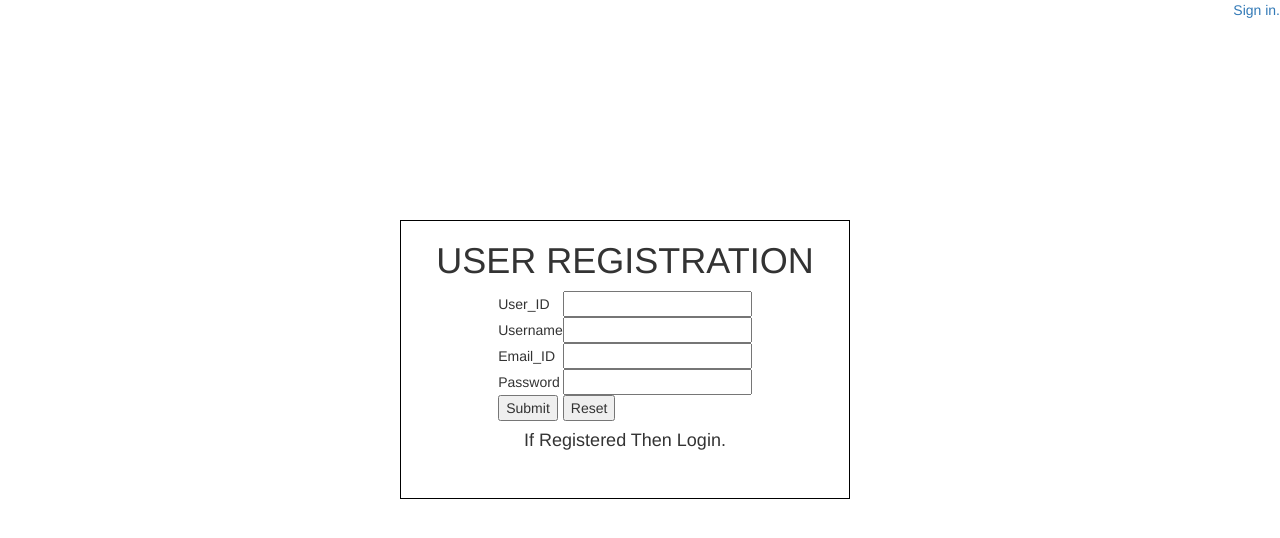
Repository: sunil965/JDBC-Servlet-JSP
Page: http://localhost/JspRegistrationTask/
The author's editor kept a copy of each file at every save. The page is drawn from the files as they stood at one save, then again after the next save.
The browser window is 1280 px wide. The pictures show the whole page.
The page is served by Tomcat 9. Other server files are loaded and not shown.

Above is the page before, as saved 2017-05-03 11:15:19.

### JspRegistrationTask/WebContent/index.jsp
<%@ page language="java" contentType="text/html; charset=UTF-8"
    pageEncoding="UTF-8"%>
<!DOCTYPE html PUBLIC "-//W3C//DTD HTML 4.01 Transitional//EN" "http://www.w3.org/TR/html4/loose.dtd">
<html>
<head>
<meta http-equiv="Content-Type" content="text/html; charset=UTF-8">
<title>Index</title>
<link rel="stylesheet" href="https://maxcdn.bootstrapcdn.com/bootstrap/3.3.7/css/bootstrap.min.css" >
<script>
function validateform(){
var name=document.myform.name.value;
var uid = document.myform.uid.value;
var password=document.myform.password.value;

if (name==null || name==""){
  alert("Name can't be blank");
  return false;
}else if(password==null||password==""||password.length<6){
  alert("Password must be at least 6 characters long.");
  return false;
  }
}
</script>
<style type="text/css">

.div{
border: 1px solid black;
width: 450px;
height: 500px;
align:center;
margin-left: 400px;
margin-top: 200px;

}

</style>
</head>
<body>
<div align="right">
<a href="userlogin.jsp">Sign in.</a>
</div>
<div class="div" style="height: 279px; ">
<center>
<h1>USER REGISTRATION</h1>

	<form name="myform" action="userreg" method="post">
	<table align="center">
	<tr>
	<td>User_ID</td>
	<td><input type="text" name="uid"></td>
	</tr>
	<tr>
	<td>Username</td>
	<td><input type="text" name="user"></td>
	</tr>
	<tr>
	<td>Email_ID</td>
	<td><input type="text" name="mail"></td>
	</tr>
	<tr>
	<td>Password</td>
	<td><input type="password" name="pwd"></td>
	</tr>
	<tr>
	<td><input type="submit" ></td><!-- class="btn btn-sm btn-success" -->
	<td><input type="reset"></td>
	</tr>
	</table>

	</form>
	<h4>If Registered Then Login.</h4>
	</center>
</div>
</html>

After the next save:
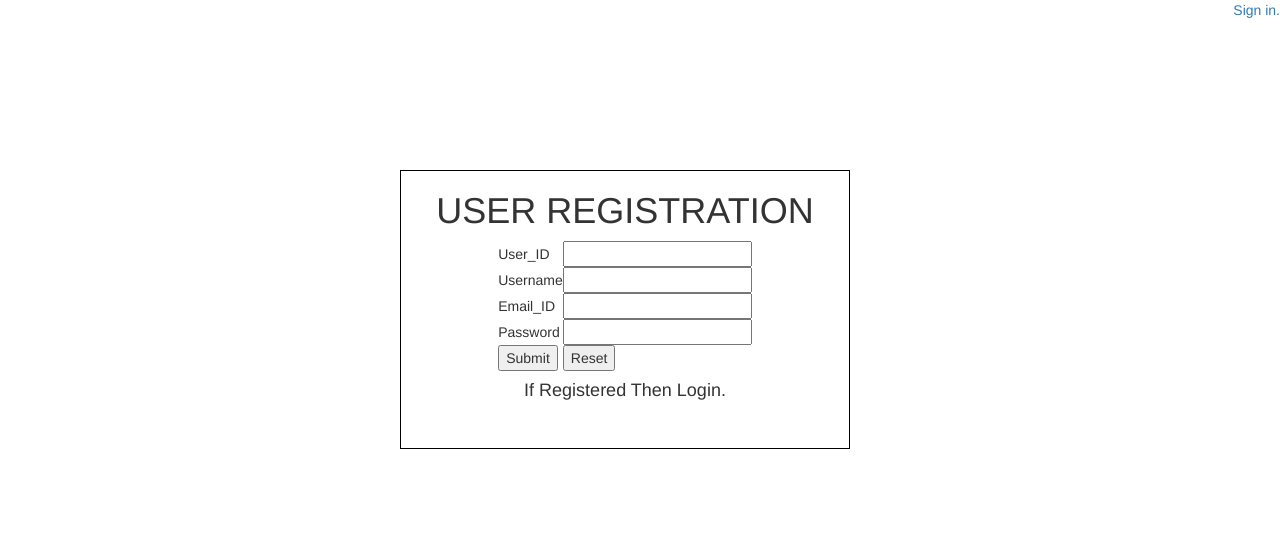
Saved 12 s later.
--- a/JspRegistrationTask/WebContent/index.jsp
+++ b/JspRegistrationTask/WebContent/index.jsp
@@ -29,7 +29,7 @@ width: 450px;
 height: 500px;
 align:center;
 margin-left: 400px;
-margin-top: 200px;
+margin-top: 150px;
 
 }
 
